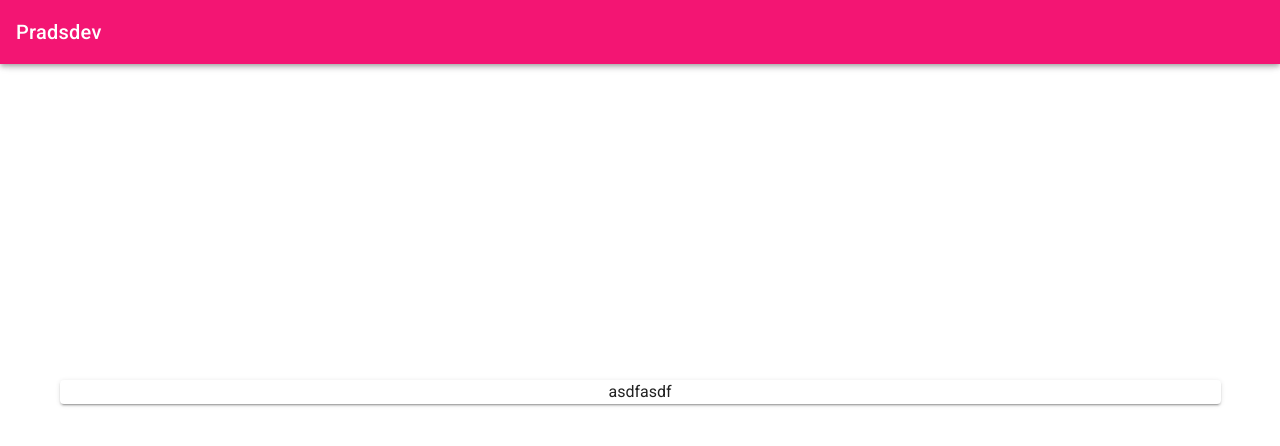
Repository: pradsdev/vue-form-validate
Page: /
These files come from the project's save history. The page is drawn as it stood at one moment and after the next save; the edit follows.
The browser window is 1280 px wide. The pictures show the whole page.
The project was rebuilt for these pictures with package versions that can differ from the ones it lists, and the page was loaded fresh each time. Also part of the build but not shown: vue.config.js.

Above is the page before, as saved 2020-12-21 22:45:29.

After the next save:
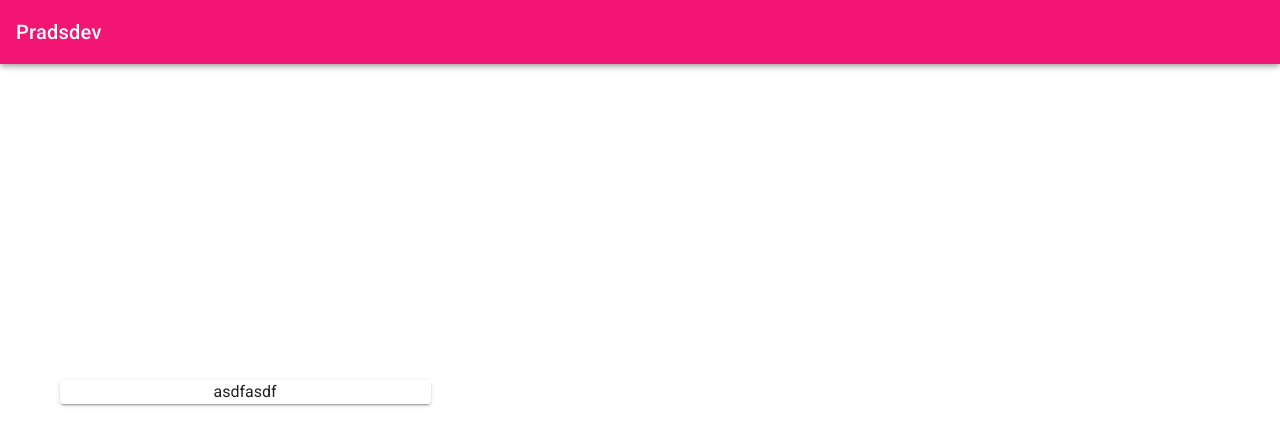
Saved 29 s later.
--- a/src/components/HelloWorld.vue
+++ b/src/components/HelloWorld.vue
@@ -1,7 +1,7 @@
 <template>
   <v-container fill-height>
     <v-row class="text-center">
-      <v-col cols="12">
+      <v-col cols="4">
         <v-card>
           asdfasdf
         </v-card>
